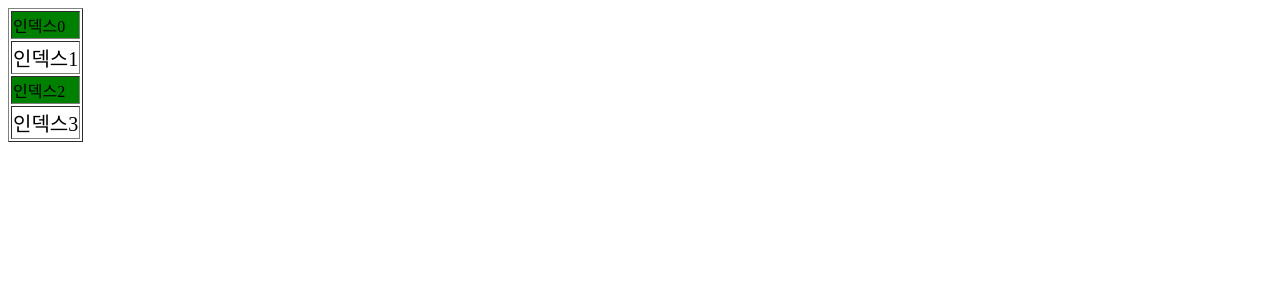
Repository: reddrinkbro/JSPStudy
Page: jQuery/WebContent/4필터선택자/19.html
The author's editor kept a copy of each file at every save. The page is drawn from the files as they stood at one save, then again after the next save.
The browser window is 1280 px wide. The pictures show the whole page.

Above is the page before, as saved 2020-04-21 08:10:03.

After the next save:
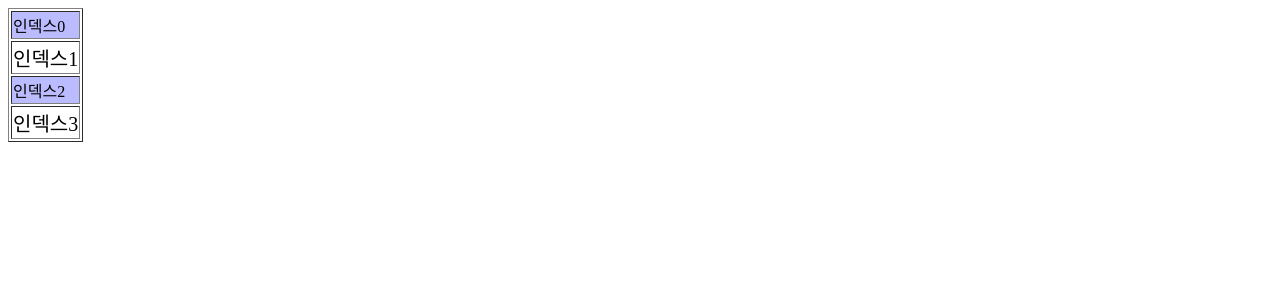
Saved 6 s later.
--- a/jQuery/WebContent/4필터선택자/19.html
+++ b/jQuery/WebContent/4필터선택자/19.html
@@ -14,7 +14,7 @@
 	<script src="https://code.jquery.com/jquery-3.3.1.js"></script>
 	<script type="text/javascript">
 	$(function() {
-		$("tr :even").css("background-color","green");
+		$("tr :even").css("background-color","#bbf");
 		$("tr :odd").css("font-size","20px");
 	});
 	</script>
